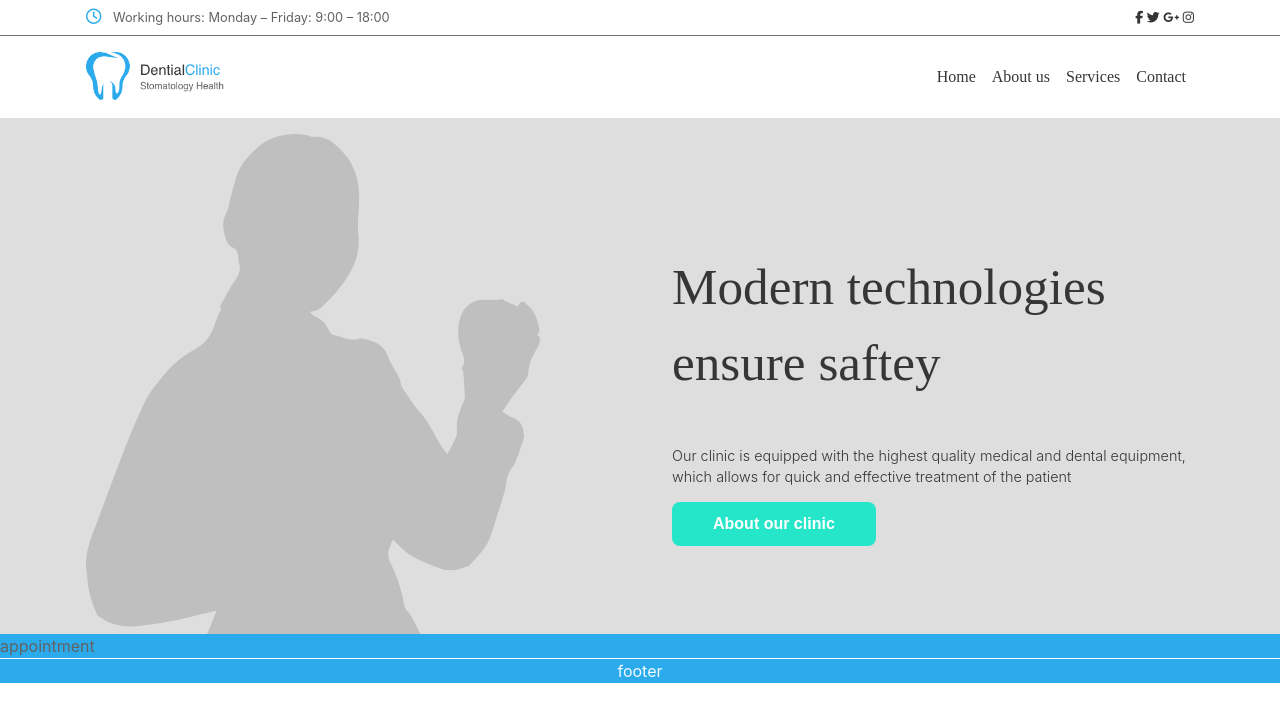
Repository: skepp4rn/uppgift1
Page: index.html
These files come from the project's save history. The page is drawn as it stood at one moment and after the next save; the edit follows.
The browser window is 1280 px wide. The pictures show the whole page.
Some web libraries are served in a nearby version.

Above is the page before, as saved 2020-11-29 13:17:57.

### index.html
<!DOCTYPE html>
<html lang="en">
<head>
    <meta charset="UTF-8">
    <meta name="viewport" content="width=device-width, initial-scale=1.0">
    <title>Document</title>

    <script src="https://kit.fontawesome.com/0abbda2fd3.js" crossorigin="anonymous"></script>
    <link rel="stylesheet" href="style.css">
</head>
<body>

    <nav class="navbar-top collapse">
        <div class="container">
            <div class="hours">
                <i class="far fa-clock"></i>
                Working hours: Monday – Friday: 9:00 – 18:00
            </div>
            <div class="#">
                <a href="#"><i class="fab fa-facebook-f"></i></a>
                <a href="#"><i class="fab fa-twitter"></i></a>
                <a href="#"><i class="fab fa-google-plus-g"></i></a>
                <a href="#"><i class="fab fa-instagram"></i></a>
            </div>
        </div>
    </nav>

    <nav class="navbar ">
        <div class="container">
            <a class="navbar-brand" href="#" >
                <img src="images/Logo.png" alt="">
            </a>
            <button class="navbar-toggler">
                <i class="fas fa-bars"></i>
            </button>
            <div class="collapse navbar-collapse">
                <div class="navbar-nav">
                    <a class="nav-link" href="#">Home</a>
                    <a class="nav-link" href="#">About us</a>
                    <a class="nav-link" href="#">Services</a>
                    <a class="nav-link" href="#">Contact</a>
                </div>
            </div>
        </div>
    </nav>

    <section id="showcase" class="bg-gray">
        <div class="container">
            <img src="images/placehold-girl.svg" alt="">
            <div class="content-box">
                <div class="content">
                    <h1>Modern technologies ensure saftey</h1>
                    <p>Our clinic is equipped with the highest quality medical and dental equipment, which allows for quick and effective treatment of the patient</p>
                    <button class="btn btn-green">About our clinic</button>
                </div>
            </div>
        </div>
    </section>












   <div class="grid">
        <section id="appointment">appointment</section>
        <footer class="bg-blue">footer</footer>
    </div>

</body>
</html>

### style.css
* {
    box-sizing: border-box;
}

html, body {
    font-weight: 400;
    font-family: -apple-system, BlinkMacSystemFont, 'Segoe UI', Roboto, Oxygen, Ubuntu, Cantarell, 'Open Sans', 'Helvetica Neue', sans-serif;
    line-height: 1.5;
    font-size: 16px;
    margin: 0;
    padding: 0;
    color: #626262;
}

.border {
    border: 1px solid black;
}

a {
    color: #363636;
    text-decoration: none;
    background-color: transparent;
}

a:hover {
    color: #25E6C8;
}

.bg-dark {
   background: #333333;
   color: #ffffff;
}

.bg-light {
    background: #f7f7f7;
    color: #333333;
}

.bg-gray {
    background-color: #DEDEDE;

}



.btn {
    display: inline-block;
    font-weight: 400;
    text-align: center;
    vertical-align: middle;
    padding: 0.75rem 2.5rem;
    border-radius: 0.5rem;
    border: 1px solid transparent;
    background-color: transparent;
    font-size: 1rem;

}

.btn-green {
    color: #ffffff;
    background-color: #25E6C8;
    font-weight: bold;


}

.btn-green:hover {
    cursor: pointer;
    background-color: #2BAAEC;
}



.collapse:not(.show) {
    display: none;
}

.container {
    width: 100%;
    padding: 0 1rem;
    margin: 0 auto;
}

.navbar-top {
    border-bottom: 1px solid #707070;
}

.navbar, .navbar-top {
    display: flex;
    justify-content: space-between;
    padding: 0.5rem 1rem;
}

.navbar .container, .navbar-top .container {
    display: flex;
    justify-content: space-between;
    align-items: center;
}

.navbar-top .container {
    font-size: 0.8rem;
}

.navbar-top .container .hours {
    color:#626262;
}

.navbar-top .container .hours i {
    color: #2BAAEC;
    margin-right: 0.5rem;
    font-size: 1.2em;
}

.navbar-top .container .socialmedia a {
    margin: 0 0.5rem;

}

.navbar-brand {
    display: inline-block;
    font-size: 1.5rem;
    color: black;
    margin-right: 1rem;
}

.navbar-brand img {
    height: 3rem;
    margin-top: 0.5rem;
}

.navbar-toggler {
    font-size: 2.5rem;
    color:#2BAAEC;
    background-color: transparent;
    border: 1px solid transparent;
}

.navbar-collapse {
    align-items: center;
}

.navbar-nav {
    display: flex;
    flex-direction: column;
    font-family: 'Roboto Slab', serif;

}

.nav-link {
    padding: 0;
    text-decoration: none;
}



#showcase .container {
    display: grid;
    grid-template-columns: 1fr 1fr;
    column-gap: 4rem;

    align-items: center;
}

#showcase .container img {
    height: 500px;
    margin-top: 1rem;
}

#showcase .container .content-box {
    align-self: center;
    color: #363636;
    font-weight: 300;
}

.content-box .content h1 {
    font-size: 3.2rem;
    font-family: 'Roboto Slab', serif;
    font-weight: 300;

}

.content-box .content p {
    font-size: 0.9rem;
}


.grid {
    display: grid;

    grid-template-columns: 1fr;
    grid-template-areas:    "he"
                            "sh"
                            "ab"
                            "se"
                            "ap"
                            "fo";
}


#appointment {
    background-color: #2BAAEC;
}


footer {
    border-top: 1px solid #ffffff;
    background-color: #2BAAEC;
    color: #f3fbff;
    text-align: center;
    padding: 1 0rem;
}










@media (min-width: 768px) {
    .nav-link {
        padding-right: 0.5rem;
        padding-left: 0.5rem;
    }

    .navbar-nav {
        flex-direction: row;
    }

    .navbar-toggler {
        display: none;
    }

    .collapse:not(.show) {
        display: flex;
    }

    .container {
        max-width: 720px;
    }

}

@media (min-width: 992px) {
    .container {
        max-width: 960px;
    }
}

@media (min-width: 1200px) {
    .container {
        max-width: 1140px;
    }
}

After the next save:
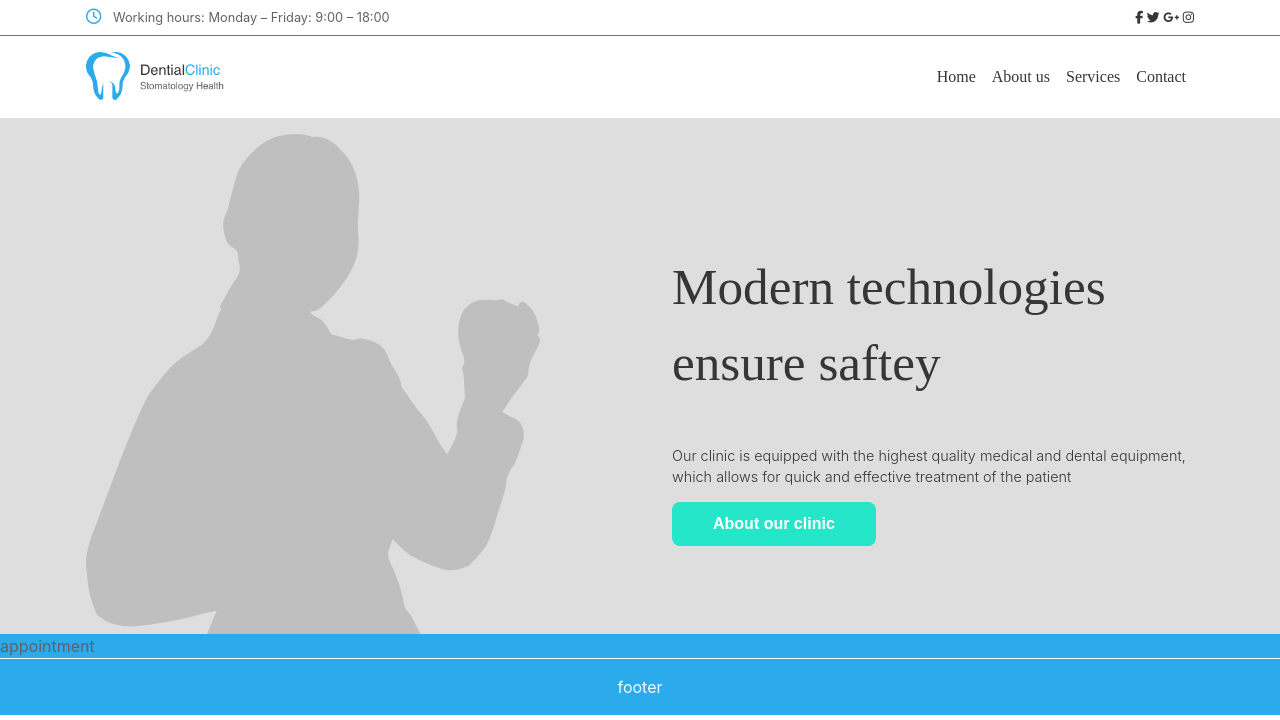
Saved 30 s later.
--- a/style.css
+++ b/style.css
@@ -207,7 +207,7 @@ footer {
     background-color: #2BAAEC;
     color: #f3fbff;
     text-align: center;
-    padding: 1 0rem;
+    padding: 1rem 0rem;
 }
 
 
